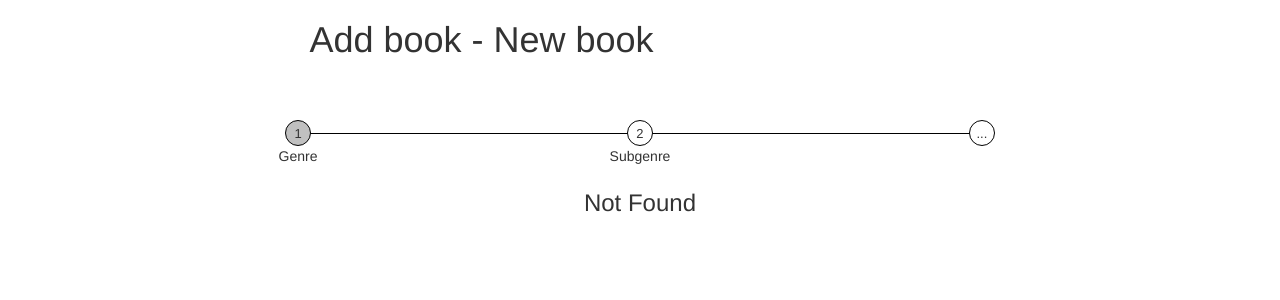
Repository: GregorPiev/angularjs-add-book
Page: index.html
The author's editor kept a copy of each file at every save. The page is drawn from the files as they stood at one save, then again after the next save.
The browser window is 1280 px wide. The pictures show the whole page.

Above is the page before, as saved 2020-09-23 22:39:07.

### index.html
<!DOCTYPE html>
<html lang="en" ng-app="addBook">
	<head>
		<meta charset="UTF-8" />
		<meta name="viewport" content="width=device-width, initial-scale=1.0" />
		<title>Add Book - Test AngularJS</title>
		<base href="/" />
		<link
			rel="stylesheet"
			href="node_modules/bootstrap/dist/css/bootstrap.min.css"
			type="text/css"
		/>
		<link rel="stylesheet" href="app/style/style.css" />
	</head>
	<body>
		<div class="container-fluid">
			<div class="row">
				<div
					class="col-md-10 col-md-offset-1 col-sm-10 col-sm-offset-1 col-lg-10 col-lg-offset-1"
				>
					<main></main>
				</div>
			</div>
		</div>
		<script src="node_modules/angular/angular.min.js"></script>
		<script src="node_modules/angular-route/angular-route.min.js"></script>
		<script src="node_modules/angular-resource/angular-resource.min.js"></script>

		<script src="app/app.module.js"></script>
		<script src="app/app.config.js"></script>

		<script src="app/main/main.module.js"></script>
		<script src="app/main/main.component.js"></script>
		<script src="app/main/component/main.controller.js"></script>

		<script src="app/genre/genre.module.js"></script>
		<script src="app/genre/genre.component.js"></script>
		<script src="app/genre/component/genre.controller.js"></script>

		<script src="app/subgenre/subgenre.module.js"></script>
		<script src="app/subgenre/subgenre.component.js"></script>
		<script src="app/subgenre/component/subgenre.controller.js"></script>

		<script src="app/add-subgenre/add-subgenre.module.js"></script>
		<script src="app/add-subgenre/add-subgenre.component.js"></script>
		<script src="app/add-subgenre/component/add-subgenre.controller.js"></script>

		<script src="app/add-book/add-book.module.js"></script>
		<script src="app/add-book/add-book.component.js"></script>
		<script src="app/add-book/component/add-book.controller.js"></script>

		<script src="app/success/success.module.js"></script>
		<script src="app/success/success.component.js"></script>
		<script src="app/success/component/success.controller.js"></script>

		<script src="app/service/service.module.js"></script>
		<script src="app/service/service.service.js"></script>
	</body>
</html>

### app/style/style.css
.list-group {
  display: flex;
  align-items: stretch;
  flex-wrap: wrap;
  justify-content: space-between;
  align-content: space-between;
}

button.list-group-item {
  display: inline-block;
  box-sizing: border-box;
  width: 150px;
  border-radius: 5px;
  text-align: center;
  margin-top: 15px;
}
button.list-group-item.choosed {
  background-color: black;
  color: white;
}
.button-row {
  width: 100%;
  box-sizing: border-box;
  margin: 5px 10px 5px 0;
  text-align: right;
}
input[type='checkbox'] {
  width: 34px;
  margin-right: 0;
  padding-right: 0;
  display: inline-block;
}
label.check {
  width: 100%;
  display: inline;
}
.success {
  width: 360px;
  height: 360px;
  line-height: 90px;
  text-align: center;
  margin: 30px auto;
}
.success-title {
  font-size: 24px;
  margin-bottom: 30px;
}
.block-step {
  display: flex;
  align-items: stretch;
  flex-wrap: wrap;
  justify-content: space-between;
  align-content: space-between;
  margin-top: 50px;
}
.step {
  width: 150px;
  height: 50px;
  text-align: center;
  z-index: 10;
}
.step-number {
  width: 26px;
  height: 26px;
  border-radius: 13px;
  border: solid 1px black;
  text-align: center;
  font-size: 13px;
  background-color: white;
  margin: auto auto;
  line-height: 26px;
}
.line {
  position: absolute;
  width: 80%;
  height: 1px;
  background-color: black;
  left: 80px;
  top: 13px;
  z-index: 1;
}
.step-display {
  display: none;
}
.step-choosed {
  background-color: silver;
}

### app/app.module.js
'use strict'
angular.module('addBook', [
    'ngRoute',
    'ngResource',

    'main',
    'genre',
    'subgenre',
    'addSubgenre',
    'addBookItem',
    'success'
]);

### app/app.config.js
'use strict'
angular.module('addBook')
    .config(function (
        $locationProvider,
        $routeProvider
    ) {
        $locationProvider.html5Mode({ enabled: true });
        $routeProvider
            .when('/', {
                template: "<genre></genre>"
            })
            .when('/subgenre/:id', {
                template: '<subgenre></subgenre>'
            })
            .when('/add-subgenre/:id', {
                template: '<add-subgenre></add-subgenre>'
            })
            .when('/add-book/:id/:idb', {
                template: '<add-book-item></add-book-item>'
            })
            .when('/success', {
                template: '<success></success>'
            })
            .otherwise({
                template: '<h3>Not Found</h3>'
            })
    });

### app/main/main.module.js
'use strict'
angular.module('main', []);

### app/main/main.component.js
angular.module('main')
    .component('main', {
        templateUrl: '/app/main/component/main.template.html',
        controller: 'mainController',
        controllerAs: 'Main'
    })

### app/main/component/main.controller.js
'use strict'
angular.module('main')
    .controller('mainController', function ($scope) {
        $scope.step = 1;
        $scope.$on('step', function (event, value) {
            $scope.step = value;
        });

    })

### app/genre/genre.module.js
'use strict'
angular.module('genre', ['service']);

### app/genre/genre.component.js
angular.module('genre')
    .component('genre', {
        templateUrl: '/app/genre/component/genre.template.html',
        controller: 'genreController',
        controllerAs: 'Genre'
    })

### app/genre/component/genre.controller.js
angular.module('genre')
    .controller('genreController', function ($scope, Service, $location) {
        $scope.genreList = [];
        $scope.choosedId = 0;
        $scope.$emit("step", 1);


        Service.get(function (data) {
            angular.forEach(data['genres'], function (item, index) {
                var genreItem = {
                    id: item.id,
                    name: item.name
                }
                $scope.genreList.push(genreItem);
            })
        });

        $scope.chooseGenre = function (id) {
            $scope.choosedId = id;
        }
        $scope.moveFroward = function () {
            $location.path(`/subgenre/${$scope.choosedId}`);
        }
    })

### app/subgenre/subgenre.module.js
'use strict'
angular.module('subgenre', []);

### app/subgenre/subgenre.component.js
angular.module('subgenre')
    .component('subgenre', {
        templateUrl: '/app/subgenre/component/subgenre.template.html',
        controller: 'subgenreController'
    })

### app/subgenre/component/subgenre.controller.js
'use strict'
angular.module('subgenre')
    .controller('subgenreController', function ($scope, $routeParams, Service, $location) {
        var id = $routeParams.id;
        $scope.$emit("step", 2);

        $scope.genreList = [];
        $scope.choosedId = 0;
        Service.get(function (data) {
            var choosedItem = data['genres'].filter(function (item) {
                return item.id === +id;
            });

            //$scope.genreList[...choosedItem];

            angular.forEach(choosedItem[0]['subgenres'], function (item, index) {
                var genreItem = {
                    id: item.id,
                    name: item.name
                }
                $scope.genreList.push(genreItem);
            })
        });

        $scope.chooseGenre = function (id) {
            $scope.choosedId = id;
        }
        $scope.moveFroward = function () {
            if (+$scope.choosedId === -1) {
                $location.path(`/add-subgenre/${id}`);
            } else {
                $location.path('/');
            }

        }
        $scope.moveBack = function () {
            $location.path('/');
        }
    })

### app/add-subgenre/add-subgenre.module.js
'use strict'
angular.module('addSubgenre', []);

### app/add-subgenre/add-subgenre.component.js
'use strict'
angular.module('addSubgenre')
    .component('addSubgenre', {
        templateUrl: '/app/add-subgenre/component/add-subgenre.template.html',
        controller: 'addSubgenreController'
    })

### app/add-subgenre/component/add-subgenre.controller.js
'use strict'
angular.module('addSubgenre')
    .controller('addSubgenreController', function ($scope, $routeParams, $location, Service) {
        var id = $routeParams.id;
        $scope.$emit("step", 3);

        $scope.name = '';
        $scope.isDescriptionRequired = false;


        $scope.sendVal = function () {
            $scope.entry = Service.query({ id: id }, function () {
                $scope.entry.data = {
                    name: $scope.name,
                    isDescriptionRequired: $scope.isDescriptionRequired
                };
                $scope.entry.$update(function () {
                    //updated in the backend
                });
                $location.path(`/add-book/${id}/1`);
            });

        }
        $scope.moveBack = function () {
            $location.path(`/subgenre/${id}`);
        }
    });

### app/add-book/add-book.module.js
'use strict'
angular.module('addBookItem', []);

### app/add-book/add-book.component.js
'use strict'
angular.module('addBookItem')
    .component('addBookItem', {
        templateUrl: '/app/add-book/component/add-book.template.html',
        controller: 'addBookItemController'
    });

### app/add-book/component/add-book.controller.js
'use strict'
angular.module('addBookItem')
    .controller('addBookItemController', function ($scope, $routeParams, $location, Service) {
        $scope.$emit("step", 4);

        var id = $routeParams.id;
        var idb = $routeParams.idb;

        $scope.title = '';
        $scope.author = '';
        $scope.isbn = '';
        $scope.publisher = '';
        $scope.date = '';
        $scope.pages = '';
        $scope.format = '';
        $scope.edition = '';
        $scope.language = '';
        $scope.description = '';

        $scope.sendVal = function () {
            $scope.entry = Service.query({ id: id }, function () {
                $scope.entry.data = {
                    title: $scope.title,
                    author: $scope.author,
                    isbn: $scope.isbn,
                    publisher: $scope.publisher,
                    date: $scope.date,
                    pages: $scope.pages,
                    format: $scope.format,
                    edition: $scope.edition,
                    language: $scope.language,
                    description: $scope.description
                };
                $scope.entry.$update(function () {
                    //updated in the backend
                });
                $location.path(`/success`);
            });

        }

        $scope.moveBack = function () {
            $location.path(`/add-subgenre/${id}`);
        }
    });

### app/success/success.module.js
angular.module('success', []);

### app/success/success.component.js
'use strict'
angular.module('success')
    .component('success', {
        templateUrl: '/app/success/component/success.template.html',
        controller: 'successController'
    })

### app/success/component/success.controller.js
angular.module('success')
    .controller('successController', function ($scope, $location) {
        $scope.title = 'Book added successfully';
        $scope.$emit("step", 5);

        $scope.next = function () {
            $location.path('/');
        }

    })

### app/service/service.module.js
'use strict'
angular.module('service', []);

### app/service/service.service.js
'use strict'
angular.module('service')
    .factory('Service', function ($resource) {
        var url = '/data/data.json';

        return $resource(url, {
            id: '@_id'
        }, {
            query: {
                method: "GET",
                params: { id: '@_id' },
                isArray: false,
                cache: false
            },
            get: {
                method: "GET",
                isArray: false,
                cache: false
            },
            update: {
                method: "PUT"
            }
        })


    })

### app/main/component/main.template.html
<div class="container-fluid">
	<div class="row">
		<div class="col-md-8 col-md-offset-2 text-left">
			<h1 class="main-title">Add book - New book</h1>
		</div>
	</div>
	<div class="row">
		<div class="col-md-10 col-md-offset-1 text-center block-step">
			<div class="line" ng-class="{'step-display': step==5}"></div>
			<div class="step" ng-class="{'step-display': step==5}">
				<div class="step-number" ng-class="{'step-choosed': step==1}">1</div>
				Genre
			</div>
			<div class="step" ng-class="{'step-display': step==5}">
				<div class="step-number" ng-class="{'step-choosed': step==2}">2</div>
				Subgenre
			</div>

			<div
				class="step"
				ng-class="{'step-display': step==5 || step==3 || step==4}"
			>
				<div class="step-number">...</div>
			</div>

			<div
				class="step"
				ng-class="{'step-display': step==5 || step==1 || step==2}"
			>
				<div class="step-number" ng-class="{'step-choosed': step==3}">3</div>
				Add new subgenre
			</div>

			<div
				class="step"
				ng-class="{'step-display': step==5 || step==1 || step==2}"
			>
				<div class="step-number" ng-class="{'step-choosed': step==4}">4</div>
				Information
			</div>
		</div>

		<div class="col-md-10 col-md-offset-1 text-center">
			<div ng-view></div>
		</div>
	</div>
</div>

Loaded but not shown: node_modules/bootstrap/dist/css/bootstrap.min.css (library); node_modules/angular/angular.min.js (library); node_modules/angular-route/angular-route.min.js (library); node_modules/angular-resource/angular-resource.min.js (library)

After the next save:
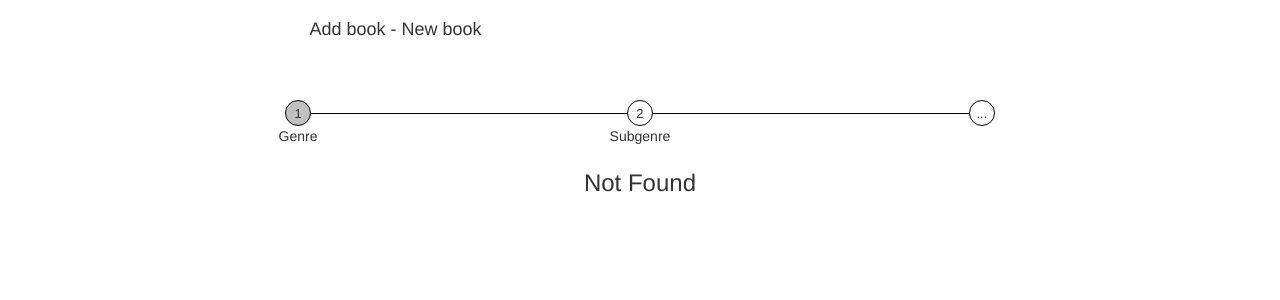
Saved 57 s later.
--- a/app/style/style.css
+++ b/app/style/style.css
@@ -85,3 +85,6 @@ label.check {
 .step-choosed {
   background-color: silver;
 }
+h1.main-title {
+  font-size: 18px;
+}
